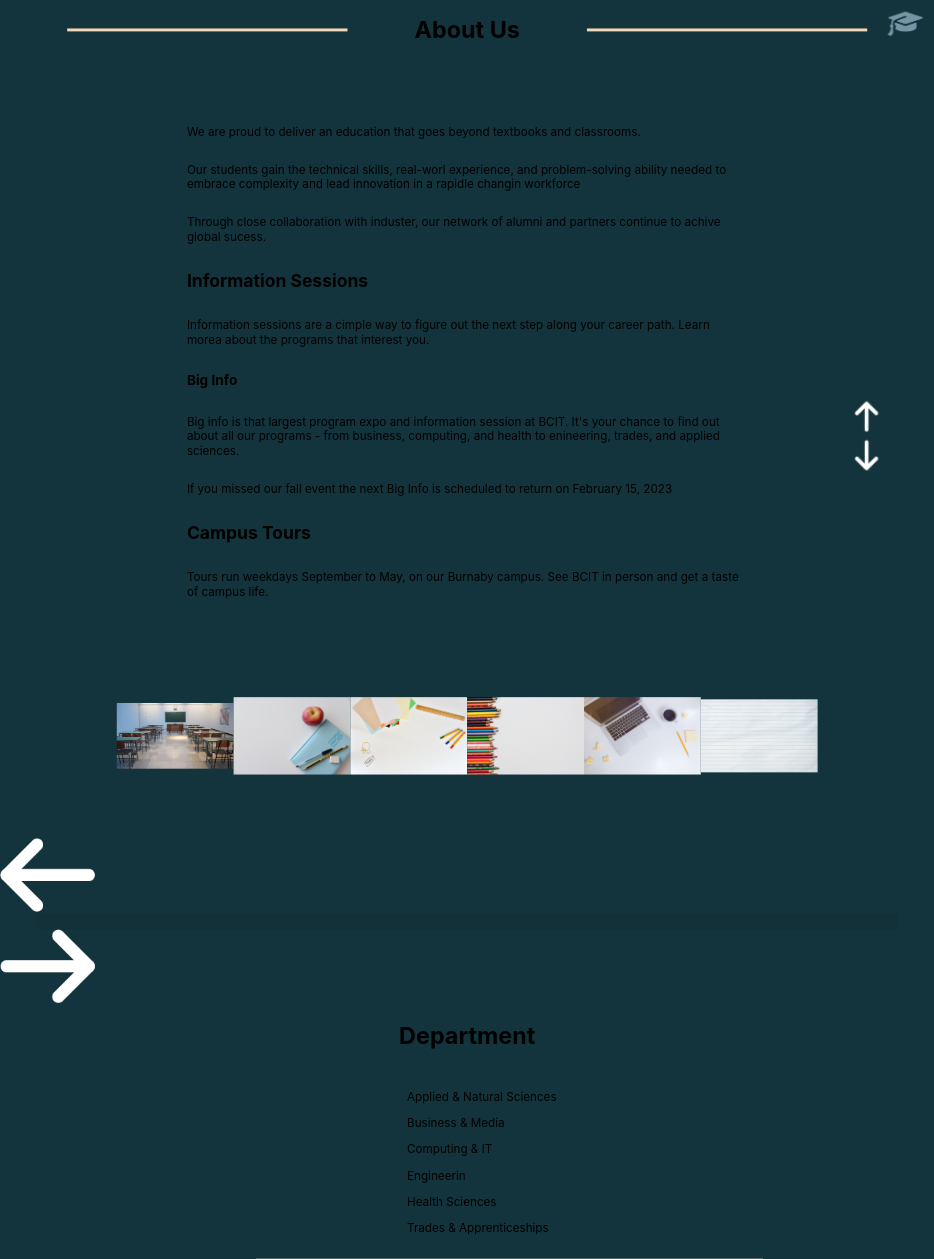
Repository: SaraShio/A01314209_Sara_Shiojima
Page: /about
These files come from the project's save history. The page is drawn as it stood at one moment and after the next save; the edit follows.
The browser window is 1280 px wide. The pictures show the whole page, at 73% of full size.
The project was rebuilt for these pictures with package versions that can differ from the ones it lists, and the page was loaded fresh each time. The framework's server and built-in components were replaced by stand-ins that run in the browser. Also part of the build but not shown: next.config.js.

Above is the page before, as saved 2023-02-08 22:34:11.

After the next save:
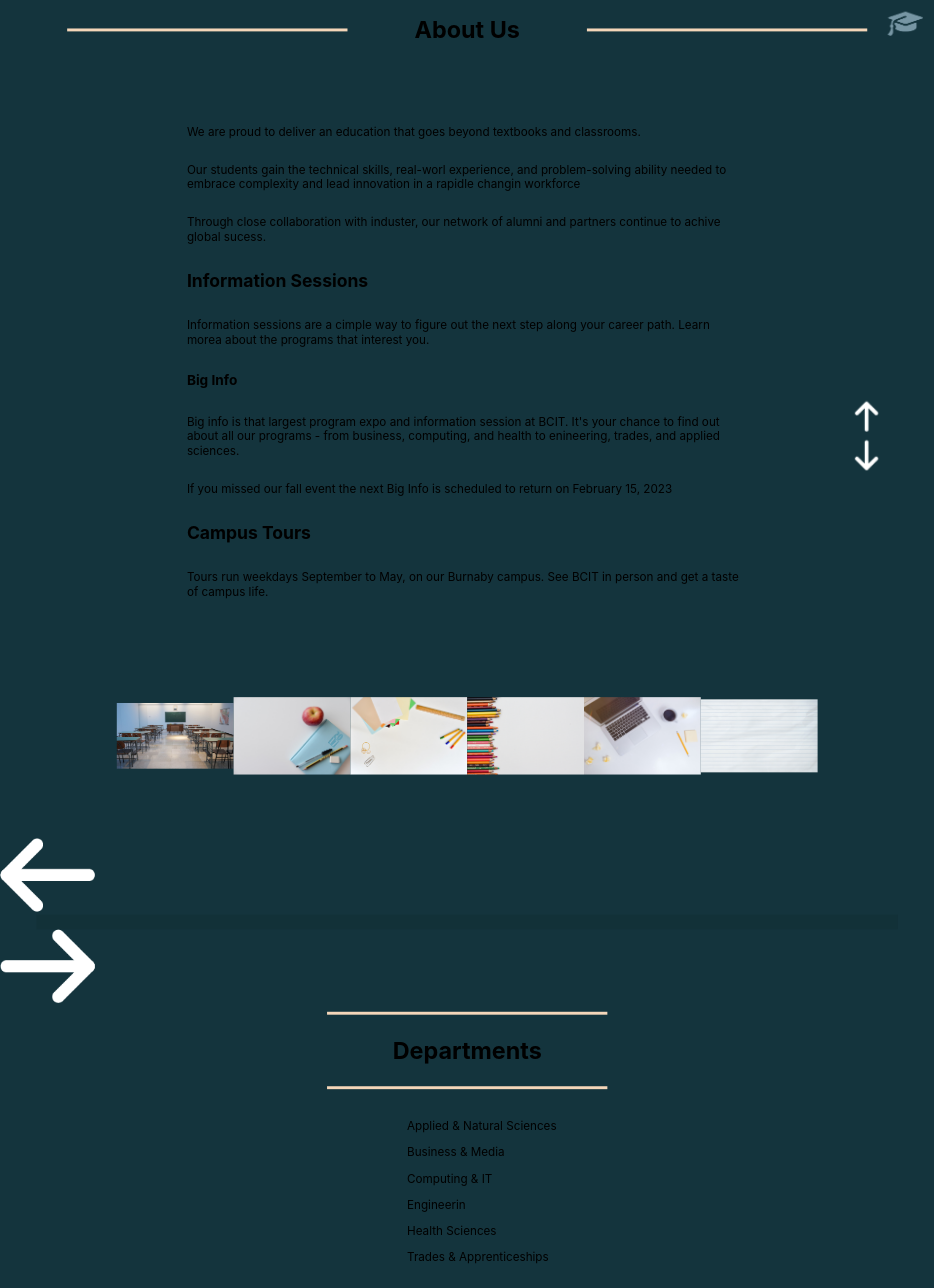
Saved 4 s later.
--- a/pages/about.js
+++ b/pages/about.js
@@ -57,11 +57,9 @@
 
 
                 <div className={styles.departments}>
-                    <div className={styles.header}>
                         <hr className={styles.line}></hr>
-                        <h1>Department </h1>
+                        <h1>Departments</h1>
                         <hr className={styles.line}></hr>
-                    </div>
 
                     <ul className={styles.departmentName}>
                         <li>Applied & Natural Sciences</li>
